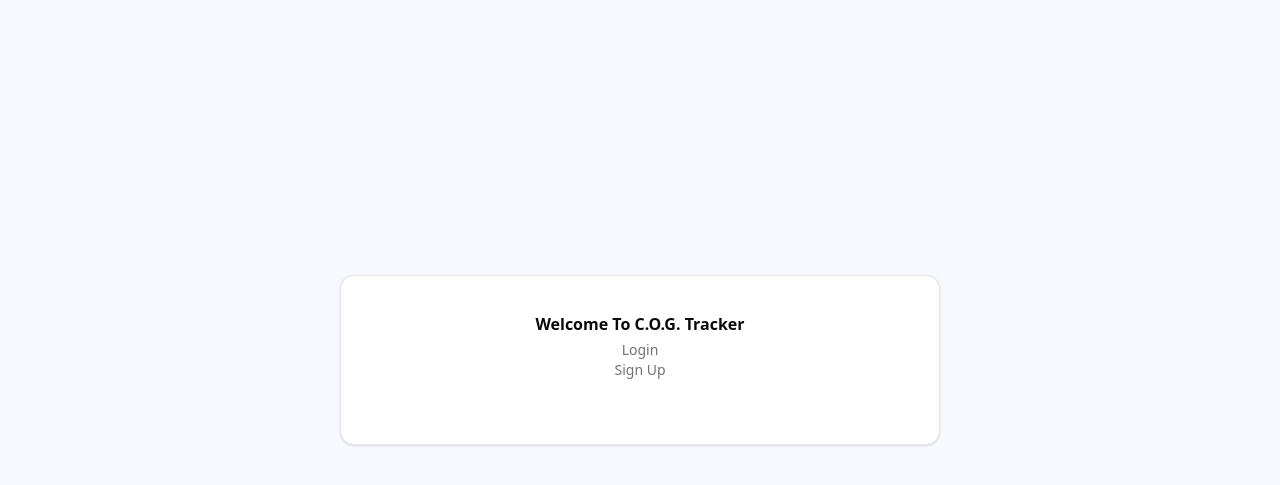
Repository: Renzo-Salosagcol/cog_tracker
Page: /
These files come from the project's save history. The page is drawn as it stood at one moment and after the next save; the edit follows.
The browser window is 1280 px wide. The pictures show the whole page.
The project was rebuilt for these pictures with package versions that can differ from the ones it lists, and the page was loaded fresh each time. The framework's server and built-in components were replaced by stand-ins that run in the browser. Also part of the build but not shown: next.config.ts.

Above is the page before, as saved 2025-12-17 23:50:29.

After the next save:
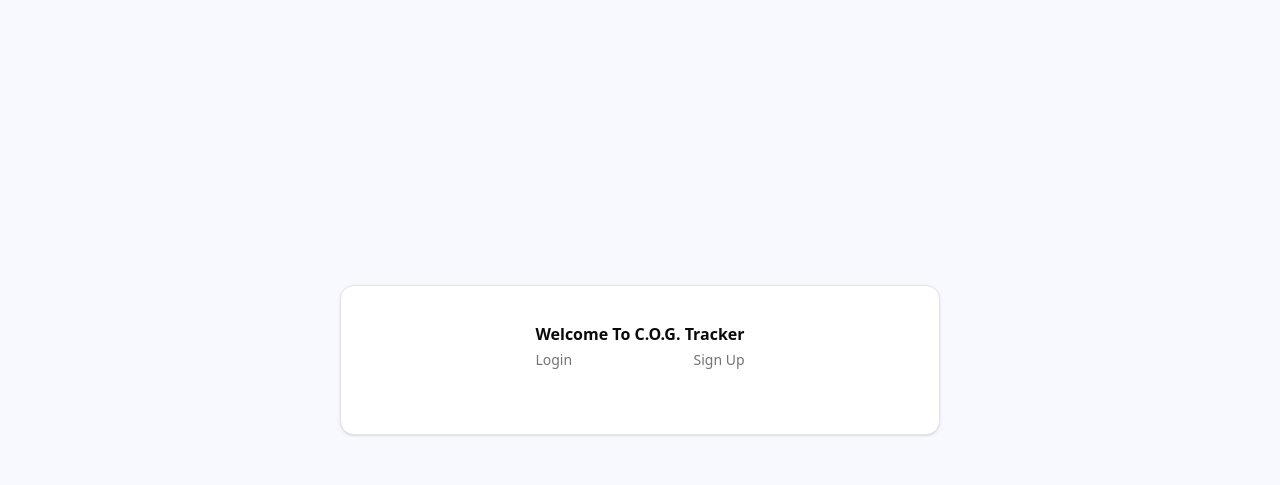
Saved 10 s later.
--- a/app/page.tsx
+++ b/app/page.tsx
@@ -25,7 +25,7 @@ export default function Home() {
           <CardTitle>
             Welcome To C.O.G. Tracker
           </CardTitle>
-          <CardDescription className="w-full justify-between text-center">
+          <CardDescription className="w-full flex flex-row justify-between text-center">
             <h3>Login</h3>
             <h3>Sign Up</h3>
           </CardDescription>
